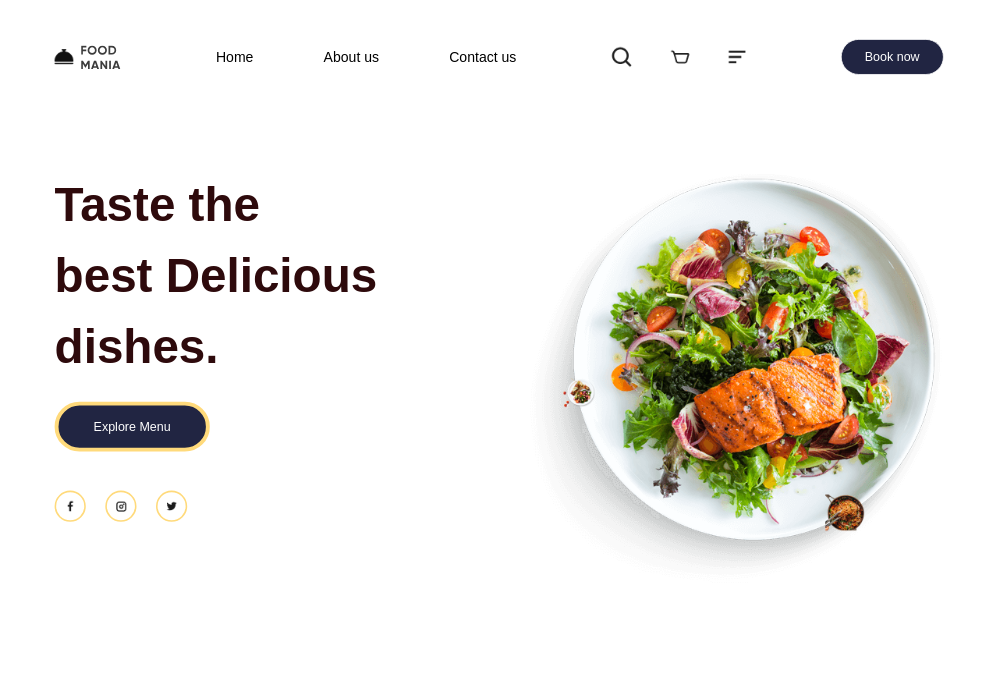
Repository: hoang0508/Figmafood
Page: index.html
These files come from the project's save history. The page is drawn as it stood at one moment and after the next save; the edit follows.
The browser window is 1280 px wide. The pictures show the whole page, at 78% of full size.
The style sheet was rebuilt from its Sass, Less or Tailwind sources for each picture, by a compiler version that may differ from the author's.

Above is the page before, as saved 2021-11-08 09:59:17.

### index.html
<!DOCTYPE html>
<html lang="en">
  <head>
    <meta charset="UTF-8" />
    <meta http-equiv="X-UA-Compatible" content="IE=edge" />
    <meta name="viewport" content="width=device-width, initial-scale=1.0" />
    <title>LandingPage Food</title>
    <link
      rel="stylesheet"
      href="https://cdnjs.cloudflare.com/ajax/libs/font-awesome/4.7.0/css/font-awesome.min.css"
      integrity="sha512-SfTiTlX6kk+qitfevl/7LibUOeJWlt9rbyDn92a1DqWOw9vWG2MFoays0sgObmWazO5BQPiFucnnEAjpAB+/Sw=="
      crossorigin="anonymous"
      referrerpolicy="no-referrer"
    />
    <link rel="preconnect" href="https://fonts.googleapis.com" />
    <link rel="preconnect" href="https://fonts.gstatic.com" crossorigin />
    <link
      href="https://fonts.googleapis.com/css2?family=Poppins:wght@300;400;500;600;700&display=swap"
      rel="stylesheet"
    />
    <link rel="stylesheet" href="./css/app.css" />
  </head>
  <body>
    <div class="wrapper">
      <header class="header">
        <div class="container">
          <div class="header-container d-flex--between">
            <div class="header-logo d-flex--center">
              <img src="./images/logo.png" alt="" />
              <img src="./images/FOOD MANIA.svg" alt="" />
            </div>
            <ul class="header-list d-flex--center">
              <li class="header-item">
                <a href="#" class="header-link">Home</a>
              </li>
              <li class="header-item">
                <a href="#" class="header-link">About us</a>
              </li>
              <li class="header-item">
                <a href="#" class="header-link">Contact us</a>
              </li>
            </ul>
            <div class="header-icon d-flex--center">
              <a href="#" class="icon-link">
                <img src="./images/icon-search.png" alt="" />
              </a>
              <a href="#" class="icon-link">
                <img src="./images/icon-cart.png" alt="" />
              </a>
              <a href="#" class="icon-link">
                <img src="./images/icon-bars.png" alt="" />
              </a>
            </div>
            <button class="button button--primary">Book now</button>
          </div>
        </div>
      </header>
      <main>
        <section class="hero">
          <div class="container">
            <div class="hero-container d-flex--between">
              <div class="hero-content">
                <h3 class="hero-title">
                  Taste the <span>best Delicious</span> dishes.
                </h3>
                <button class="button button--primary button--secondary">
                  Explore Menu
                </button>
                <div class="hero-social d-flex--center">
                  <a href="#" class="social-icon">
                    <img src="./images/facebook.png" alt="" />
                  </a>
                  <a href="#" class="social-icon">
                    <img src="./images/instagram.png" alt="" />
                  </a>
                  <a href="#" class="social-icon">
                    <img src="./images/twitter.png" alt="" />
                  </a>
                </div>
              </div>
              <div class="hero-image">
                <div class="hero-image--big">
                  <img
                    src="./images/kisspng-hamburger-street-food-seafood-fast-food-delicious-food-5a75083cceaf41 1.png"
                    alt=""
                  />
                </div>
                <div class="hero-image--small-top">
                  <img src="./images/dlf 1.png" alt="" />
                </div>
                <div class="hero-image--small-bottom">
                  <img
                    src="./images/Pad-Thai_1-removebg-preview 1.png"
                    alt=""
                  />
                </div>
              </div>
            </div>
          </div>
        </section>
      </main>
    </div>
  </body>
</html>

### sass/app.scss
@import "variable";
@import "reset";
@import "global";
@import "typography";
@import "header";
@import "hero";

### sass/variable.scss
$primary-color: #212542;
$secondary-color: #2e0a0c;
$border-color: #ffda7b;
$text-color-box: #424242;
$text-color-small: #747474;

### sass/reset.scss
html {
  box-sizing: border-box;
}
* {
  margin: 0;
  padding: 0;
}
*,
*:before,
*:after {
  box-sizing: border-box;
}
input,
textarea,
select,
button {
  outline: none;
}
input {
  line-height: normal;
}
label,
button {
  cursor: pointer;
}
a {
  text-decoration: none;
}
img {
  display: block;
  max-width: 100%;
}

ul,
li {
  list-style: none;
}

### sass/global.scss
.wrapper {
  max-width: 1440px;
  margin: 0 auto;
  overflow: hidden;
}

.container {
  max-width: 1170px;
  margin: 0 auto;
  padding: 0 15px;
}

body {
  font-family: "Popins", sans-serif;
  line-height: 1;
  font-size: 16px;
}

.d-flex--center {
  display: flex;
  align-items: center;
}

.d-flex--between {
  display: flex;
  justify-content: space-between;
  align-items: center;
}

.button {
  display: inline-block;
  color: #fff;
  background-color: $primary-color;
  border: 0;
  &--primary {
    font-size: 16px;
    font-weight: 500;
    line-height: calc(24 / 16);
    padding: 10px 30px;
    background: #212542;
    border: 1.5px solid #ffffff;
    border-radius: 100px;
    display: flex;
    align-items: center;
    justify-content: center;
  }
  &--secondary {
    padding: 15px 45px;
    border-width: 5px;
    border-color: $border-color;
  }
}

### sass/typography.scss
.heading-title {
  font-size: 58px;
  font-weight: 600;
  line-height: calc(87 / 58);
  color: $secondary-color;
}

.text-desc {
  font-size: 18px;
  font-weight: 500;
  line-height: calc(27 / 18);
  padding: 25px 0 71px;
}

### sass/_header.scss
.header {
  margin-top: 50px;
  margin-bottom: 121px;
  &-logo {
    gap: 10px;
  }
  &-list {
    gap: 0 90px;
    font-size: 18px;
    font-weight: 500;
  }
  &-item {
    position: relative;
  }
  &-link {
    position: relative;
    color: #000000;
  }
  &-link:after {
    content: "";
    position: absolute;
    display: block;
    width: 0;
    height: 3px;
    background-color: $primary-color;
    bottom: -8px;
    border-radius: 5px;
    transition: all 0.3s linear;
  }
  &-link:hover::after {
    width: 100%;
    transition: all 0.3s linear;
  }
  &-icon {
    gap: 0 50px;
  }
}

### sass/_hero.scss
.hero {
  padding-bottom: 140px;
  &-container {
    align-items: stretch;
  }
  &-content {
    max-width: 455px;
    width: 100%;
  }
  &-title {
    font-size: 61px;
    line-height: calc(91 / 61);
    color: $secondary-color;
    font-weight: 600;
    padding-bottom: 25px;
    span {
      display: block;
    }
  }
  &-social {
    padding-top: 50px;
    gap: 0 25px;
    a.social-icon {
      width: 40px;
      height: 40px;
      border: 2px solid $border-color;
      border-radius: 100rem;
      display: flex;
      justify-content: center;
      align-items: center;
    }
  }
  &-image {
    position: relative;
  }
  &-image--big {
    position: relative;
  }
  &-image--small-top {
    position: absolute;
    left: 0;
    top: 50%;
    transform: translateX(50%);
    width: 100px;
  }
  &-image--small-bottom {
    position: absolute;
    bottom: 70px;
    right: 100px;
  }
}

After the next save:
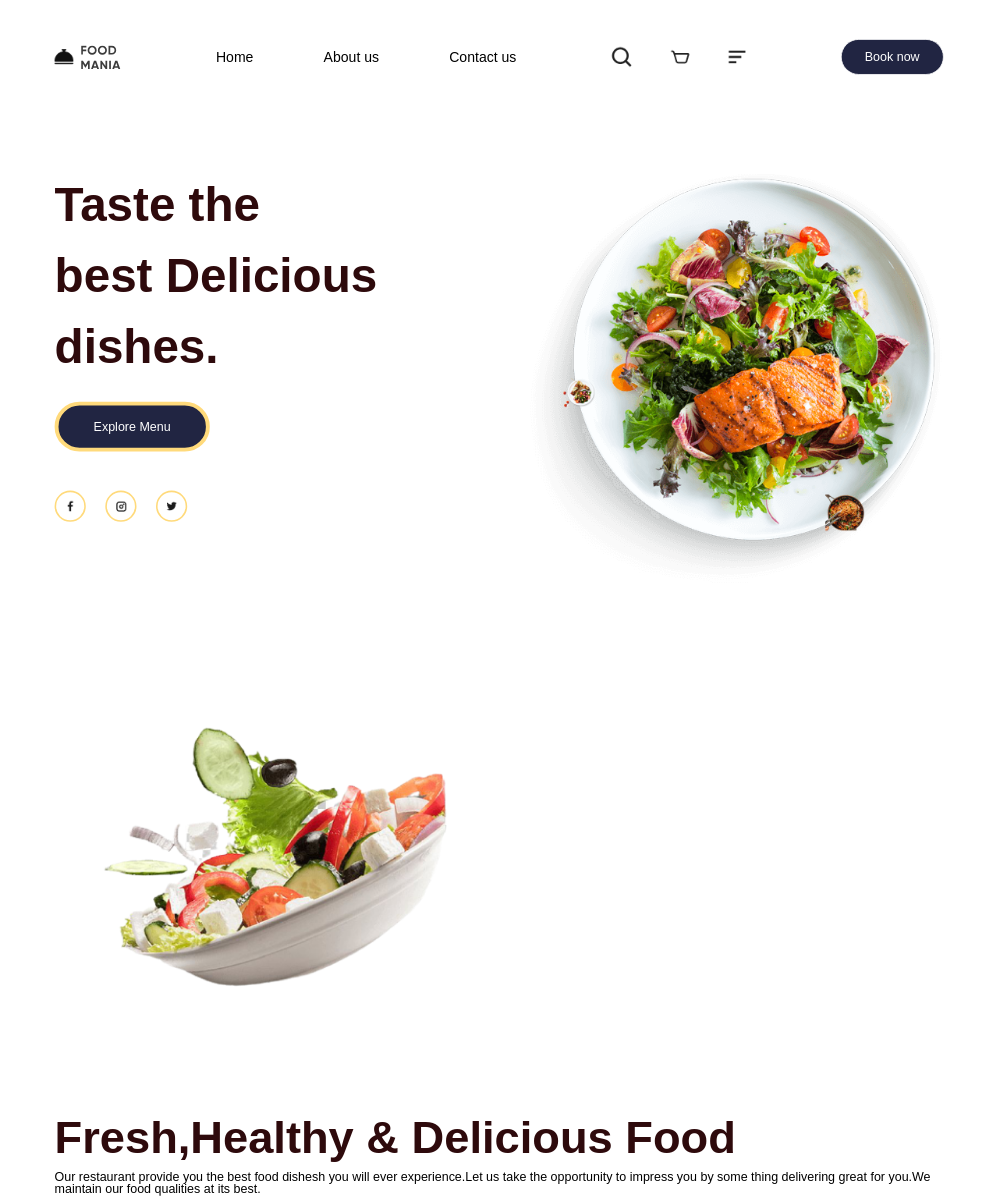
Saved 82 s later.
--- a/index.html
+++ b/index.html
@@ -98,6 +98,27 @@
             </div>
           </div>
         </section>
+        <section class="about">
+          <div class="container">
+            <div class="about-container">
+              <div class="about-image">
+                <img
+                  src="./images/imgbin-greek-salad-recipe-vegetarian-cuisine-everyday-super-food-salad-plate-gEMC3ig2LzciXACd5pm3EKWBe-removebg-preview 1.png"
+                  alt=""
+                />
+              </div>
+              <div class="about-content">
+                <h3 class="heading-title">Fresh,Healthy & Delicious Food</h3>
+                <p class="title-desc">
+                  Our restaurant provide you the best food dishesh you will ever
+                  experience.Let us take the opportunity to impress you by some
+                  thing delivering great for you.We maintain our food qualities
+                  at its best.
+                </p>
+              </div>
+            </div>
+          </div>
+        </section>
       </main>
     </div>
   </body>
